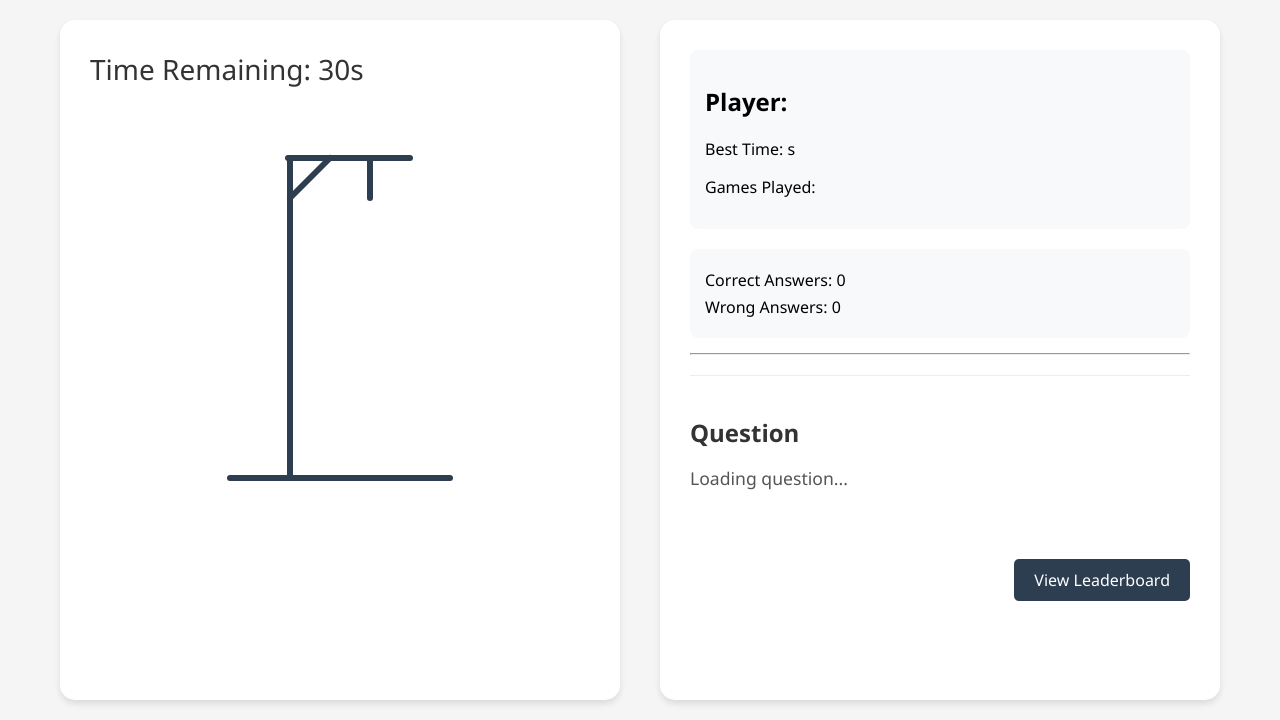
Repository: Team-4i/iks
Page: hang/templates/hang/game.html
An editor plug-in stored every save of this project. The page is shown before and after the next save, followed by the edit.
The browser window is 1280 px wide. The pictures show the whole page.
The template is drawn by Django 5.2. The application's start-up code is not run. Other server files are loaded and not shown. The template is opened directly, without the code that normally fills it, so the values that code supplies are empty.

Above is the page before, as saved 2025-04-18 17:52:12.
Console error: SyntaxError: Unexpected token ','

### hang/templates/hang/game.html
{% load static %}
<!DOCTYPE html>
<html lang="en">
<head>
    <meta charset="UTF-8">
    <meta name="viewport" content="width=device-width, initial-scale=1.0">
    <title>Hangman Survival</title>
    <link rel="stylesheet" href="{% static 'hang/css/style.css' %}">
</head>
<body>
    {% csrf_token %} {# Add CSRF token for POST requests #}
    <div class="main-container">
        <div class="game-container">
            {% include 'hang/components/timer.html' %}
            {% include 'hang/components/hangman_svg.html' %}
        </div>

        <div class="content-section">
            <div class="player-info">
                <h2>Player: {{ request.user.username }}</h2>
                <p>Best Time: <span id="bestTime">{{ player_stats.best_time }}s</span></p>
                <p>Games Played: {{ player_stats.games_played }}</p>
            </div>

            <div id="game-stats" class="game-stats">
                <p>Correct Answers: 0</p>
                <p>Wrong Answers: 0</p>
            </div>

            <hr>
            <div class="question-section">
                <h2>Question</h2>
                <p id="question-text">Loading question...</p>
                <div id="question-content">
                    <!-- Question content will be loaded here -->
                </div>
            </div>
            <div class="game-controls">
                <a href="{% url 'hang:leaderboard' %}" class="leaderboard-link">View Leaderboard</a>
            </div>
        </div>
    </div>

    <!-- Custom Modal Popup -->
    <div id="game-over-modal" class="modal">
        <div class="modal-content">
            <h2>Game Over</h2>
            <p id="game-over-message"></p>
            <div class="modal-buttons">
                <button id="view-leaderboard-btn" class="modal-btn primary-btn">View Leaderboard</button>
                <button id="play-again-btn" class="modal-btn secondary-btn">Play Again</button>
            </div>
        </div>
    </div>

    <script>
        // Pass questions and URLs to JavaScript
        const gameData = {
            questions: JSON.parse('{{ questions_json|escapejs }}'),
            gameId: {{ game_id }},
            endGameUrl: "{% url 'hang:end_game' %}",
            csrfToken: document.querySelector('[name=csrfmiddlewaretoken]').value,
            startPageUrl: "{{ start_page_url }}",
            leaderboardUrl: "{% url 'hang:leaderboard' %}"
        };
    </script>
    <script src="{% static 'hang/js/hangman.js' %}"></script>
    <script>
        // Initialize game
        window.addEventListener('load', () => {
            const game = new HangmanGame(gameData);
            game.init();

            // Setup modal buttons
            document.getElementById('view-leaderboard-btn').addEventListener('click', () => {
                window.location.href = gameData.leaderboardUrl;
            });

            document.getElementById('play-again-btn').addEventListener('click', () => {
                window.location.href = gameData.startPageUrl;
            });
        });
    </script>
</body>
</html>

### hang/templates/hang/components/timer.html
<div class="timer" id="timer-display">
    Time Remaining: <span id="time">30</span>s
</div>

### hang/templates/hang/components/hangman_svg.html
<!-- Hangman SVG Component -->
<div class="hangman-container">
    <svg class="hangman-svg" viewBox="0 0 300 400">
        <!-- Base -->
        <g class="gallows">
            <!-- Horizontal base -->
            <line x1="40" y1="360" x2="260" y2="360" />
            <!-- Vertical pole -->
            <line x1="100" y1="360" x2="100" y2="40" />
            <!-- Top beam -->
            <line x1="98" y1="40" x2="220" y2="40" />
            <!-- Support beam -->
            <line x1="100" y1="80" x2="140" y2="40" />
            <!-- Rope -->
            <line x1="180" y1="40" x2="180" y2="80" />
        </g>

        <!-- Hangman Figure -->
        <g id="hangman">
            <circle cx="180" cy="100" r="20" class="hangman-part head" id="head" />
            <line x1="180" y1="120" x2="180" y2="220" class="hangman-part" id="body" />
            <line x1="180" y1="150" x2="140" y2="180" class="hangman-part" id="left-arm" />
            <line x1="180" y1="150" x2="220" y2="180" class="hangman-part" id="right-arm" />
            <line x1="180" y1="220" x2="150" y2="280" class="hangman-part" id="left-leg" />
            <line x1="180" y1="220" x2="210" y2="280" class="hangman-part" id="right-leg" />
        </g>
    </svg>
</div>

### hang/static/hang/css/style.css
/* Base styles */
body {
    margin: 0;
    padding: 0;
    font-family: 'Segoe UI', Tahoma, Geneva, Verdana, sans-serif;
    background-color: #f5f5f5;
}

/* Layout */
.main-container {
    max-width: 1200px;
    margin: 0 auto;
    padding: 20px;
    display: grid;
    grid-template-columns: 1fr 1fr;
    gap: 40px;
    min-height: 100vh;
    box-sizing: border-box;
}

.game-container {
    background: white;
    border-radius: 15px;
    padding: 30px;
    box-shadow: 0 4px 6px rgba(0, 0, 0, 0.1);
}

/* Timer Component */
.timer {
    font-size: 28px;
    font-weight: 500;
    color: #333;
    margin-bottom: 30px;
}

/* Hangman SVG Component */
.hangman-container {
    display: flex;
    justify-content: center;
    align-items: center;
    position: relative;
}

.hangman-svg {
    width: 300px;
    height: 400px;
}

.gallows {
    stroke: #2c3e50;
    stroke-width: 6;
    stroke-linecap: round;
    stroke-linejoin: round;
    fill: none;
}

/* Update the hangman part transitions for smooth drawing effects */
.hangman-part {
    stroke: #2c3e50;
    stroke-width: 4;
    stroke-linecap: round;
    stroke-linejoin: round;
    fill: none;
    opacity: 0;
    transition: opacity 0.8s ease-in-out;
}

/* Special head animation */
.head {
    fill: #2c3e50;
}

/* Line drawing animation for body parts */
#body, #left-arm, #right-arm, #left-leg, #right-leg {
    stroke-dasharray: 200;
    stroke-dashoffset: 200;
    transition: stroke-dashoffset 0.8s ease-in-out, opacity 0.8s ease-in-out;
}

/* Body starts from neck */
#body.visible {
    stroke-dashoffset: 0;
}

/* Arms start from shoulder joint */
#left-arm, #right-arm {
    transform-origin: 180px 150px; /* Shoulder connection point */
}

/* Legs start from hip joint */
#left-leg, #right-leg {
    transform-origin: 180px 220px; /* Hip connection point */
}

/* When visible, reset the dash offset to draw the line */
.visible {
    opacity: 1;
}

#left-arm.visible, #right-arm.visible, #left-leg.visible, #right-leg.visible {
    stroke-dashoffset: 0;
}

/* Content Section */
.content-section {
    background: white;
    border-radius: 15px;
    padding: 30px;
    box-shadow: 0 4px 6px rgba(0, 0, 0, 0.1);
}

.hangman-parts {
    stroke: #333;
    stroke-width: 3;
    fill: none;
    transition: visibility 0.3s ease-in-out;
}

.hidden {
    visibility: hidden;
}

/* Animation classes */
.reveal {
    animation: fadeIn 0.5s ease-in-out;
}

@keyframes fadeIn {
    from { opacity: 0; }
    to { opacity: 1; }
}

/* Add to existing styles */

.leaderboard-container {
    max-width: 800px;
    margin: 0 auto;
    padding: 20px;
}

.player-info {
    margin-bottom: 20px;
    padding: 15px;
    background: #f8f9fa;
    border-radius: 8px;
}

.leaderboard-link {
    display: inline-block;
    padding: 10px 20px;
    background: #2c3e50;
    color: white;
    text-decoration: none;
    border-radius: 5px;
    margin-top: 20px;
}

.top-players table {
    width: 100%;
    border-collapse: collapse;
    margin-top: 20px;
}

.top-players th,
.top-players td {
    padding: 12px;
    text-align: left;
    border-bottom: 1px solid #ddd;
}

.top-players th {
    background-color: #2c3e50;
    color: white;
}

.play-again {
    display: inline-block;
    padding: 10px 20px;
    background: #27ae60;
    color: white;
    text-decoration: none;
    border-radius: 5px;
    margin-top: 20px;
}

/* Add these styles */

/* Start Page Styles */
.start-container {
    display: flex;
    flex-direction: column;
    justify-content: center;
    align-items: center;
    min-height: calc(100vh - 80px); /* Adjust based on base template header/footer */
    text-align: center;
    padding: 40px;
    background-color: white;
    border-radius: 15px;
    box-shadow: 0 4px 10px rgba(0, 0, 0, 0.1);
    max-width: 600px;
    margin: 40px auto;
}

.start-container h1 {
    color: #2c3e50;
    margin-bottom: 20px;
}

.start-container p {
    color: #555;
    font-size: 1.1em;
    margin-bottom: 30px;
}

.start-button, .leaderboard-link-start {
    display: inline-block;
    padding: 15px 30px;
    font-size: 1.2em;
    color: white;
    background-color: #27ae60; /* Green for start */
    border: none;
    border-radius: 8px;
    text-decoration: none;
    cursor: pointer;
    transition: background-color 0.3s ease;
    margin: 10px;
}

.leaderboard-link-start {
     background-color: #3498db; /* Blue for leaderboard */
}

.start-button:hover {
    background-color: #219d52;
}
 .leaderboard-link-start:hover {
    background-color: #2880b9;
}

/* MCQ Section Styles */
.mcq-section {
    margin-top: 20px;
    padding-top: 20px;
    border-top: 1px solid #eee;
}

.mcq-section h2 {
    color: #333;
    margin-bottom: 15px;
}

#mcq-question {
    font-size: 1.1em;
    margin-bottom: 20px;
    color: #555;
    min-height: 3em; /* Ensure space for question text */
}

#mcq-options {
    display: grid;
    grid-template-columns: repeat(auto-fit, minmax(150px, 1fr));
    gap: 10px;
}

.mcq-option-button {
    padding: 12px 15px;
    font-size: 1em;
    background-color: #ecf0f1;
    border: 1px solid #bdc3c7;
    border-radius: 5px;
    cursor: pointer;
    transition: background-color 0.3s ease, border-color 0.3s ease;
    color: #34495e;
    text-align: center;
}

.mcq-option-button:hover {
    background-color: #dcdcdc;
    border-color: #a0a0a0;
}

/* Adjust leaderboard template if needed */
 .leaderboard-container {
    background: white;
    border-radius: 15px;
    padding: 30px;
    box-shadow: 0 4px 6px rgba(0, 0, 0, 0.1);
    margin-top: 20px;
}
 .player-best {
    margin-bottom: 20px;
    padding-bottom: 20px;
    border-bottom: 1px solid #eee;
}

/* Game Stats Section */
.game-stats {
    background-color: #f8f9fa;
    padding: 15px;
    border-radius: 8px;
    margin: 15px 0;
    font-weight: 500;
}

.game-stats p {
    margin: 5px 0;
}

/* Answer Feedback */
.answer-feedback {
    padding: 15px;
    margin-bottom: 15px;
    border-radius: 8px;
    text-align: center;
    font-size: 1.2em;
    font-weight: 500;
    animation: fadeInOut 2s ease-in-out;
}

.correct-answer {
    background-color: #d4edda;
    color: #155724;
    border: 1px solid #c3e6cb;
}

.wrong-answer {
    background-color: #f8d7da;
    color: #721c24;
    border: 1px solid #f5c6cb;
}

.game-controls {
    margin-top: 20px;
    display: flex;
    justify-content: flex-end;
}

@keyframes fadeInOut {
    0% { opacity: 0; }
    20% { opacity: 1; }
    80% { opacity: 1; }
    100% { opacity: 0; }
}

/* Add a pulsing effect to the timer when it gets low */
@keyframes pulseWarning {
    0% { color: #721c24; }
    50% { color: #f8d7da; }
    100% { color: #721c24; }
}

.timer.warning {
    animation: pulseWarning 1s infinite;
    font-weight: bold;
}

/* Add this to your existing CSS */
.hangman-container {
    position: relative;
}

.hangman-status {
    position: absolute;
    bottom: 10px;
    left: 0;
    right: 0;
    text-align: center;
    font-size: 0.9em;
    color: #666;
    transition: opacity 0.3s ease;
}

/* Modal Popup Styles */
.modal {
    display: none;
    position: fixed;
    top: 0;
    left: 0;
    width: 100%;
    height: 100%;
    background-color: rgba(0, 0, 0, 0.7);
    z-index: 1000;
    justify-content: center;
    align-items: center;
    animation: fadeIn 0.3s ease-in-out;
}

.modal.show {
    display: flex;
}

.modal-content {
    background-color: white;
    padding: 30px;
    border-radius: 15px;
    box-shadow: 0 5px 15px rgba(0, 0, 0, 0.3);
    max-width: 500px;
    width: 90%;
    text-align: center;
    animation: zoomIn 0.3s ease-out;
}

.modal-content h2 {
    margin-top: 0;
    color: #2c3e50;
    font-size: 24px;
}

.modal-content p {
    font-size: 18px;
    margin: 20px 0;
    color: #333;
}

.modal-buttons {
    display: flex;
    justify-content: center;
    gap: 10px;
    margin-top: 25px;
}

.modal-btn {
    padding: 12px 24px;
    border: none;
    border-radius: 8px;
    font-size: 16px;
    cursor: pointer;
    transition: background-color 0.2s ease;
}

.primary-btn {
    background-color: #3498db;
    color: white;
}

.secondary-btn {
    background-color: #27ae60;
    color: white;
}

.primary-btn:hover {
    background-color: #2980b9;
}

.secondary-btn:hover {
    background-color: #219d52;
}

@keyframes zoomIn {
    from {
        transform: scale(0.8);
        opacity: 0;
    }
    to {
        transform: scale(1);
        opacity: 1;
    }
}

/* Question Section */
.question-section {
    margin-top: 20px;
    padding-top: 20px;
    border-top: 1px solid #eee;
}

.question-section h2 {
    color: #333;
    margin-bottom: 15px;
}

#question-text {
    font-size: 1.1em;
    margin-bottom: 20px;
    color: #555;
    min-height: 3em;
}

/* Common Question Styles */
.question-option {
    padding: 12px 15px;
    font-size: 1em;
    background-color: #ecf0f1;
    border: 1px solid #bdc3c7;
    border-radius: 5px;
    cursor: pointer;
    transition: background-color 0.3s ease, border-color 0.3s ease;
    color: #34495e;
    text-align: center;
    margin: 5px;
    width: 100%;
}

.question-option:hover {
    background-color: #dcdcdc;
    border-color: #a0a0a0;
}

/* Fill in the Blank */
.fill-blank-container {
    display: flex;
    flex-direction: column;
    gap: 15px;
}

.fill-blank-input {
    padding: 10px;
    font-size: 1em;
    border: 2px solid #bdc3c7;
    border-radius: 5px;
    width: 100%;
}

.hint-text {
    color: #666;
    font-style: italic;
    margin: 10px 0;
}

/* Match Pairs */
.match-pairs-container {
    display: grid;
    grid-template-columns: 1fr 1fr;
    gap: 20px;
    margin-top: 15px;
}

.match-column {
    display: flex;
    flex-direction: column;
    gap: 10px;
}

.match-item, .match-value {
    padding: 10px;
    background: #f8f9fa;
    border: 1px solid #dee2e6;
    border-radius: 5px;
    cursor: pointer;
    transition: all 0.3s ease;
}

.match-item.selected, .match-value.selected {
    background: #cfe2ff;
    border-color: #9ec5fe;
}

.match-item.correct, .match-value.correct {
    background-color: #d1e7dd !important; /* Use !important to override selection style */
    border-color: #a3cfbb !important;
    cursor: default;
}

.match-item.incorrect, .match-value.incorrect {
    background-color: #f8d7da;
    border-color: #f1aeb5;
    animation: shake 0.3s;
}

/* Categorize */
.categorize-container {
    display: flex;
    flex-direction: column;
    gap: 20px;
}

.category-container {
    border: 2px dashed #dee2e6;
    padding: 15px;
    border-radius: 8px;
    min-height: 100px;
    transition: background-color 0.2s ease;
}

.category-container.drag-over {
    background-color: #e9ecef; /* Highlight when dragging over */
    border-color: #adb5bd;
}

.category-container h3 {
    margin: 0 0 10px 0;
    color: #495057;
}

.items-container {
    display: flex;
    flex-wrap: wrap;
    gap: 10px;
    margin-top: 15px;
    border-top: 1px solid #eee;
    padding-top: 15px;
    min-height: 50px; /* Ensure it's visible even when empty */
}

.draggable-item {
    padding: 8px 15px;
    background: #e9ecef;
    border: 1px solid #ced4da;
    border-radius: 4px;
    cursor: move;
    user-select: none;
    transition: opacity 0.2s ease;
}

.draggable-item:hover {
    background: #dee2e6;
}

.draggable-item.dragging {
    opacity: 0.5; /* Make item semi-transparent while dragging */
}

.draggable-item.categorized {
    cursor: default;
    margin: 5px; /* Add some margin when dropped */
}

.draggable-item.categorized.correct {
    background-color: #d1e7dd;
    border-color: #a3cfbb;
}

.draggable-item.incorrect-drop {
     animation: shake 0.3s;
}

/* Shake animation for incorrect feedback */
@keyframes shake {
  0%, 100% { transform: translateX(0); }
  25% { transform: translateX(-5px); }
  75% { transform: translateX(5px); }
}

/* Word Unscramble */
.scramble-container {
    display: flex;
    flex-direction: column;
    gap: 15px;
}

.scrambled-word {
    font-size: 1.2em;
    font-weight: bold;
    color: #2c3e50;
    text-align: center;
}

.scramble-input {
    padding: 10px;
    font-size: 1.1em;
    border: 2px solid #bdc3c7;
    border-radius: 5px;
    width: 100%;
}

/* Submit Button */
.submit-button {
    padding: 12px 24px;
    background: #2c3e50;
    color: white;
    border: none;
    border-radius: 5px;
    cursor: pointer;
    font-size: 1em;
    transition: background-color 0.3s ease;
}

.submit-button:hover {
    background: #34495e;
}

Loaded but not shown: hang/static/hang/js/hangman.js (596 lines, source omitted)

After the next save:
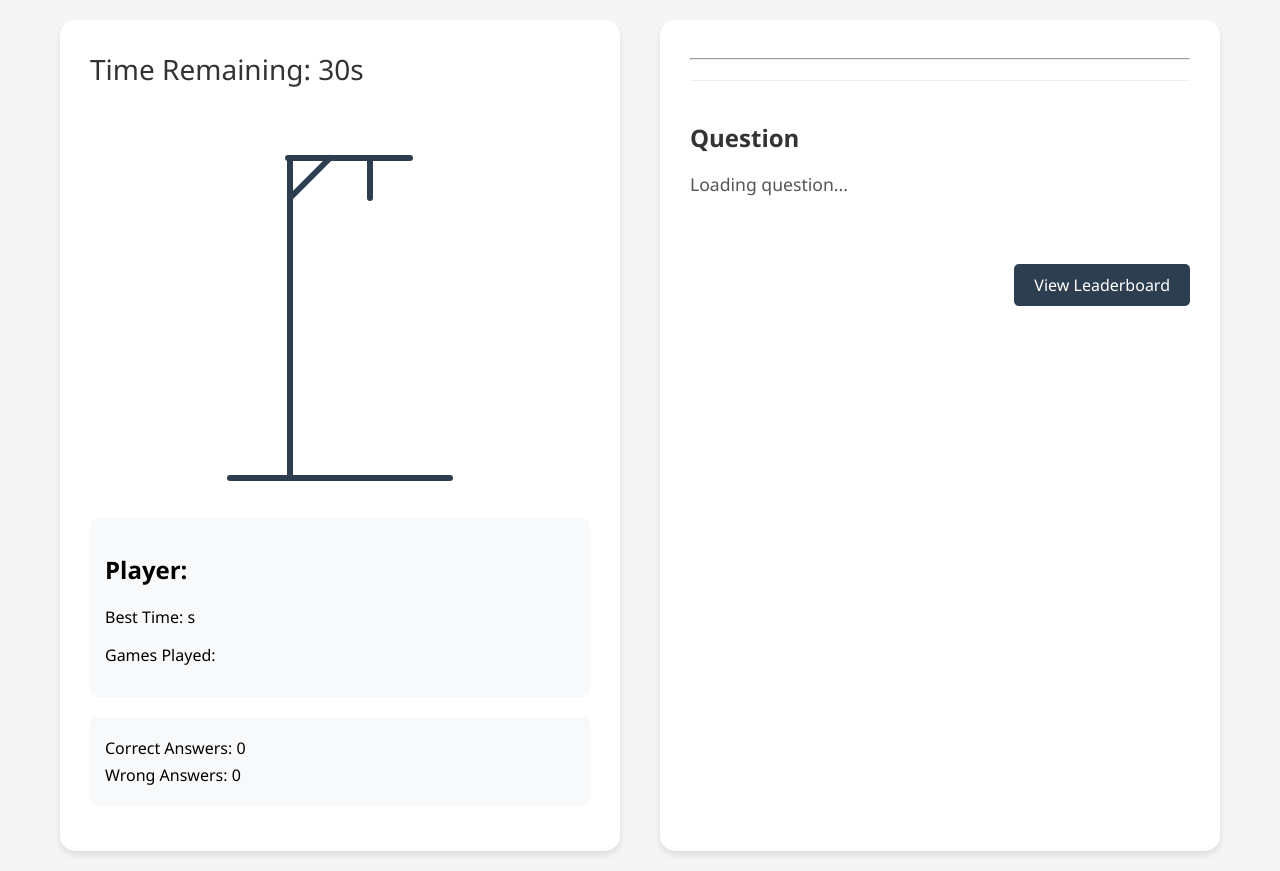
Saved 6 min 32 s later.
--- a/hang/templates/hang/game.html
+++ b/hang/templates/hang/game.html
@@ -13,20 +13,18 @@
         <div class="game-container">
             {% include 'hang/components/timer.html' %}
             {% include 'hang/components/hangman_svg.html' %}
-        </div>
-
-        <div class="content-section">
-            <div class="player-info">
+             <div class="player-info">
                 <h2>Player: {{ request.user.username }}</h2>
                 <p>Best Time: <span id="bestTime">{{ player_stats.best_time }}s</span></p>
                 <p>Games Played: {{ player_stats.games_played }}</p>
             </div>
-
             <div id="game-stats" class="game-stats">
                 <p>Correct Answers: 0</p>
                 <p>Wrong Answers: 0</p>
             </div>
+        </div>
 
+        <div class="content-section">
             <hr>
             <div class="question-section">
                 <h2>Question</h2>
